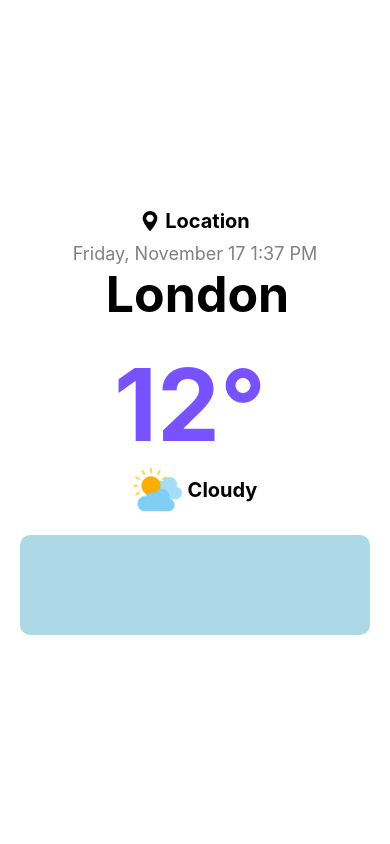
Repository: praveen080/react-native-weatherAppV1
Screen: /
These files come from the project's save history. The screen is drawn as it stood at one moment and after the next save; the edit follows.
The app was drawn by React Native's web renderer in a window 390 px wide. The project was rebuilt for these pictures with package versions that can differ from the ones it lists, and the page was loaded fresh each time. Also part of the build but not shown: Screens/startUp.js.

Above is the screen before, as saved 2023-11-17 13:40:30.

After the next save:
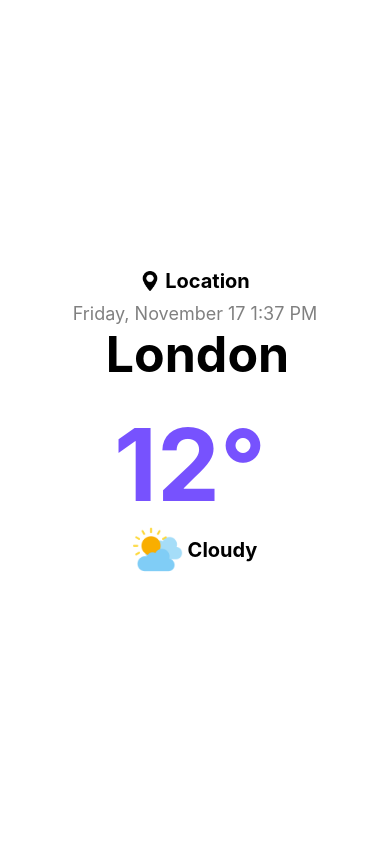
Saved 3 min 15 s later.
--- a/Screens/Home.js
+++ b/Screens/Home.js
@@ -43,11 +43,7 @@ const Home = () => {
         <Text style={styles.locationText}>Cloudy</Text>
       </View>
 
-      {/* Logo */}
-      {/* <Image source={require("./assets/weather.png")} style={styles.logo} /> */}
 
-      {/* Card */}
-      <View style={styles.card} />
     </View>
   );
 };
